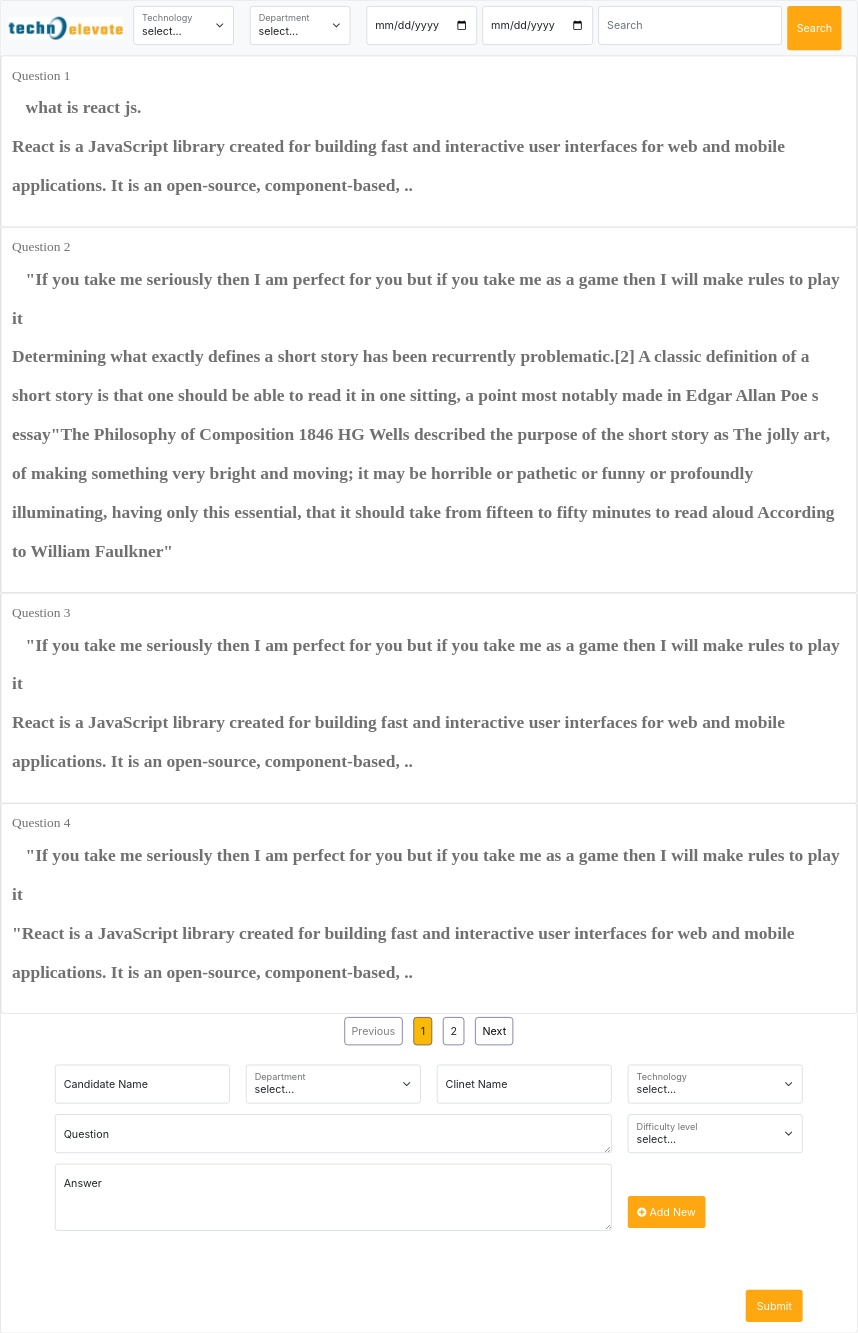
Repository: aajoshi3/casestudy
Page: /Search
The author's editor kept a copy of each file at every save. The page is drawn from the files as they stood at one save, then again after a run of saves.
The browser window is 1280 px wide. The pictures show the whole page, at 67% of full size.
The project was rebuilt for these pictures with package versions that can differ from the ones it lists, and the page was loaded fresh each time. Also part of the build but not shown: src/components/UploadQuestion.js, src/components/CustomNavbar3.js, src/components/Success.js.

Above is the page before, as saved 2021-10-11 03:39:22.

### public/index.html
<!DOCTYPE html>
<html lang="en">
  <head>
    <meta charset="utf-8" />
    <link rel="icon" href="%PUBLIC_URL%/favicon.ico" />
    <meta name="viewport" content="width=device-width, initial-scale=1" />
    <meta name="theme-color" content="#000000" />
    <meta
      name="description"
      content="Web site created using create-react-app"
    />
    <link rel="apple-touch-icon" href="%PUBLIC_URL%/logo192.png" />
    <link
    rel="stylesheet"
    href="https://cdn.jsdelivr.net/npm/bootstrap@5.1.1/dist/css/bootstrap.min.css"
    integrity="sha384-F3w7mX95PdgyTmZZMECAngseQB83DfGTowi0iMjiWaeVhAn4FJkqJByhZMI3AhiU"
    crossorigin="anonymous">
    <link rel="stylesheet" href="https://cdnjs.cloudflare.com/ajax/libs/font-awesome/4.7.0/css/font-awesome.min.css">
  <link href="/your-path-to-fontawesome/css/fontawesome.css" rel="stylesheet">
    <link href="/your-path-to-fontawesome/css/brands.css" rel="stylesheet">
    <link href="/your-path-to-fontawesome/css/solid.css" rel="stylesheet">

    <link href="https://cdn.jsdelivr.net/npm/bootstrap@5.0.0-beta3/dist/css/bootstrap.min.css" rel="stylesheet" integrity="sha384-eOJMYsd53ii+scO/bJGFsiCZc+5NDVN2yr8+0RDqr0Ql0h+rP48ckxlpbzKgwra6" crossorigin="anonymous">

    <!--
      manifest.json provides metadata used when your web app is installed on a
      user's mobile device or desktop. See https://developers.google.com/web/fundamentals/web-app-manifest/
    -->
    <link rel="manifest" href="%PUBLIC_URL%/manifest.json" />
    <!--
      Notice the use of %PUBLIC_URL% in the tags above.
      It will be replaced with the URL of the `public` folder during the build.
      Only files inside the `public` folder can be referenced from the HTML.

      Unlike "/favicon.ico" or "favicon.ico", "%PUBLIC_URL%/favicon.ico" will
      work correctly both with client-side routing and a non-root public URL.
      Learn how to configure a non-root public URL by running `npm run build`.
    -->
    <title>React App</title>
  </head>
  <body>
    <noscript>You need to enable JavaScript to run this app.</noscript>
    <div id="root"></div>
    <!--
      This HTML file is a template.
      If you open it directly in the browser, you will see an empty page.

      You can add webfonts, meta tags, or analytics to this file.
      The build step will place the bundled scripts into the <body> tag.

      To begin the development, run `npm start` or `yarn start`.
      To create a production bundle, use `npm run build` or `yarn build`.
    -->
  </body>
</html>

### src/App.js
// import Button from '@restart/ui/esm/Button';
import { Col,  Container,  FloatingLabel, Row } from 'react-bootstrap';
import {Card} from "react-bootstrap"
import './App.css';
import UploadQuestion from './components/UploadQuestion';
import{Form} from "react-bootstrap"
 import CustomNavbar from './components/CustomNavbar';
import CustomNavbar3 from './components/CustomNavbar3';
import routing from './router';
import { BrowserRouter } from 'react-router-dom';
import { useState } from 'react';
import Success from './components/Success';
import useForm from './components/useForm';
import validate from './components/Validate';
import Button from 'react-bootstrap';
// import CustomNav2 from './components/CustomNav2';

function App() {
  const {handleChange,values,handleSubmit,errors}=useForm(validate)

  const [primaryInfo, setprimaryInfo] = useState({
    candidateName: "",
    department: "",
    clientName: "",
    technology: "",
    questions: [],
  });

  const saveData=()=>{
    <Success/>
    const getQuestionsCopy=[...questions]
    setprimaryInfo({
      ...primaryInfo,
      questions:[getQuestionsCopy]
    })
  }

  const updatePrimaryInfo = (event) =>{
    debugger
    setprimaryInfo({
      ...primaryInfo,
      [event.target.name]: event.target.value,
    });
    console.log(primaryInfo)

  };

  const [questions, setquestions] = useState([
    {
      question: "",
      answer: "",
      diffiultyLevel: "",
    },
  ]);




  console.log('---------------------------------------')

  const handleQuestionChange = (i, event) => {
    // debugger
    const arrayQuestionCopy = [...questions];
    arrayQuestionCopy[i].question = event.target.value;
    setquestions(arrayQuestionCopy);
    // console.log(questions[i]);
  };

  const handleLevelChange=(i,event)=>{
    const arrayLevelCopy = [...questions];
    arrayLevelCopy[i].diffiultyLevel = event.target.value;
    setquestions(arrayLevelCopy);
    console.log(questions[i]);
  }

  const handleAnswerChange=(i,event)=>{

    const arrayAnswerCopy = [...questions];
    arrayAnswerCopy[i].answer = event.target.value;
    setquestions(arrayAnswerCopy);
    console.log(questions[i]);
  }

  const handleRemoveClick = (index) => {

    const questionsCopy = [...questions];
    questionsCopy.splice(index, 1);
    setquestions(questionsCopy);
    alert('question is deleted')
  };

  const handleAddClick = () => {
    const questionsCopy = [...questions];
    questionsCopy.push([{ question: "", answer: "", diffiultyLevel: "" }]);
    setquestions(questionsCopy);

  };
  return (

    <div className="App">

<Card>

<BrowserRouter>
<CustomNavbar />

{routing}
</BrowserRouter>
{/* <CustomNav2 /> */}
{/* <CustomNavbar3 /> */}
  <Card.Body>

<Container>
{/* <UploadQuestion /> */}
<Row xs={1} sm={2} md={4} lg={4}>

<Col  ><FloatingLabel  controlId="floatingInput"  label="Candidate Name"  className="mb-3"  size ="md"  id=''>
<Form.Control type="text" placeholder=" hi" name="candidateName"
value={primaryInfo.candidateName}
onChange={(event)=>updatePrimaryInfo(event)}/>
  </FloatingLabel>
  {errors.candidateName && <p className='color3'>{errors.candidateName}</p>}

  </Col>

    <Col><FloatingLabel controlId="floatingSelect" label="Department" className="mb-3">
  <Form.Select aria-label="Floating label select example" name="department"
  value={primaryInfo.department}
  onChange={(event)=>updatePrimaryInfo(event)}>
    <option>select... </option>
    <option value="1">HR</option>
    <option value="2">IT</option>
    <option value="3">ACCOUNTS</option>
  </Form.Select>
</FloatingLabel>
{errors.department && <p className='depcolor'>{errors.department}</p>}

</Col>

<Col  ><FloatingLabel  controlId="floatingInput"  label="Clinet Name"  className="mb-3"  size ="md"  id=''>
<Form.Control type="text" placeholder=" hi" name="clientName"
value={primaryInfo.clientName}
onChange={(event)=>updatePrimaryInfo(event)} />
  </FloatingLabel>
  {errors.clientName && <p className='cliecolor'>{errors.clientName}</p>}

  </Col>

    <Col>

    <FloatingLabel controlId="floatingSelect" label="Technology" className="mb-3">
  <Form.Select aria-label="Floating label select example" name="technolody"
  value={primaryInfo.technology}
  onChange={(event)=>updatePrimaryInfo(event)}>
    <option> select...</option>
    <option value="1">React.js</option>
    <option value="2">vue.js</option>
    <option value="3">Angular</option>
    <option value="3">Python</option>
    <option value="3">next.js</option>


  </Form.Select>
</FloatingLabel>
{errors.technology && <p className='techcolor'>{errors.technology}</p>}

</Col>
  </Row>
</Container>
{questions.map((val, i) => {
  return(
  <>
<Container >
  <Row  >
  <Col lg={9}     >
  <FloatingLabel    controlId="floatingTextarea" label="Question" className="mb-3">
    <Form.Control as="textarea" placeholder="x"
      value={val.question}
      // onChange={handleChange}
     onChange={(event) => handleQuestionChange(i, event)}/>
  </FloatingLabel>
  {errors.question && <p className='color1'>{errors.question}</p>}

  </Col>


  <Col lg={3}  md={{ order: 'first' }}  xs={{order: 'first'}} lg={{order:'last'}}   >

  <FloatingLabel controlId="floatingSelect" label="Difficulty level" className="mb-3">
  <Form.Select aria-label="Floating label select example"
    value={val.diffiultyLevel}
    // onChange={handleChange}
   onChange={(event) => handleLevelChange(i, event)}>
    <option> select...</option>
    <option value="1">Easy</option>
    <option value="2">Intermediate</option>
    <option value="3">Expert</option>
  </Form.Select>
</FloatingLabel>
{errors.difficultyLevel && <p className='diffcolor'>{errors.difficultyLevel}</p>}

  </Col>
  </Row>

</Container>

<Container   style={{ width: 'white' }}      >
<Row>
      <Col lg={9} >
      <FloatingLabel className="mb-3 " controlId="floatingTextarea2" label="Answer">
    <Form.Control
      as="textarea"
      placeholder=" x"
      style={{ height: '100px' }}
      value={val.answer}
      // onChange={handleChange}
     onChange={(event) => handleAnswerChange(i, event)}
    />
  </FloatingLabel>
   </Col>
   <Col lg={3} >
                        {questions.length !== i+1 && (
                          <button variant="primary"
                            className="btn"
                            onClick={() => handleRemoveClick(i)}
                          >
                            {" "}
                            <svg
                              xmlns="http://www.w3.org/2000/svg"
                              width="16"
                              height="16"
                              fill="currentColor"
                              className="bi bi-trash"
                              viewBox="0 0 16 16"
                            >
                              <path d="M5.5 5.5A.5.5 0 0 1 6 6v6a.5.5 0 0 1-1 0V6a.5.5 0 0 1 .5-.5zm2.5 0a.5.5 0 0 1 .5.5v6a.5.5 0 0 1-1 0V6a.5.5 0 0 1 .5-.5zm3 .5a.5.5 0 0 0-1 0v6a.5.5 0 0 0 1 0V6z" />
                              <path
                                fillRule="evenodd"
                                d="M14.5 3a1 1 0 0 1-1 1H13v9a2 2 0 0 1-2 2H5a2 2 0 0 1-2-2V4h-.5a1 1 0 0 1-1-1V2a1 1 0 0 1 1-1H6a1 1 0 0 1 1-1h2a1 1 0 0 1 1 1h3.5a1 1 0 0 1 1 1v1zM4.118 4 4 4.059V13a1 1 0 0 0 1 1h6a1 1 0 0 0 1-1V4.059L11.882 4H4.118zM2.5 3V2h11v1h-11z"
                              />
                            </svg>{" "}
                            Delete
                          </button>
 )}
                        <br />
                        <br />

                        {/* <Button variant="warning"  style={{ color: 'white' }} ><i class="fas fa-plus-circle"></i> Add New </Button> */}
                        {questions.length - 1 === i && (
                          <button class="btn" onClick={handleAddClick}>
                            <i className="fa fa-plus-circle"></i> Add New
                          </button>
                        )}
                      </Col>
    </Row>

</Container>
</>
              );
            })}

<br/>
<br/>
<br/>


    <Container>
    <button   className="btn1"   style={{ color: 'white' }}  onClick={handleSubmit}> Submit </button>
    </Container>
      </Card.Body>
      </Card>
    </div>

  );
}

export default App;

### src/App.css
p{
  text-align: left;
font: normal normal bold 40px/58px Sitka Banner;
letter-spacing: 0px;
color: #086288;
font-size: 26px;
}

input::placeholder{
  color:#086288 ;
}
.mb-3:focus + .form-label {
  color: red;
}

 Container{
  color:#086288 ;

 }
 .btn {
  background-color: rgb(254, 167, 16); /* Blue background */
  border: none; /* Remove borders */
  color: white; /* White text */
  padding: 12px 14px; /* Some padding */
  font-size: 16px; /* Set a font size */
  cursor: pointer; /* Mouse pointer on hover */
  /* margin-top: 50px; */
}

#button1{
  margin-top: 50px;
}
/* Darker background on mouse-over */
.btn:hover {
  background-color: rgb(225, 193, 65);
  color: white; /* White text */

}
.btn1{
  float: right;
  background-color: rgb(254, 167, 16); /* Blue background */
  border: none; /* Remove borders */
  color: white; /* White text */
  padding: 12px 16px; /* Some padding */
  font-size: 16px; /* Set a font size */
  border-radius: 4px;
}
.FloatingLabel:focus::-webkit-input-label {
  color: red;
}
.form-control:focus {
  border-color: #086288;
  box-shadow: 0px 1px 1px rgba(0, 0, 0, 0.075) inset;
}
.form-select:focus{
  border-color: #086288c4;
  box-shadow: 0px 1px 1px rgba(0, 0, 0, 0.075) inset;
}

@media only screen and (max-width: 1000px) {
  .btn {
    float: right;
    margin:0 px;
  }
  #button1{
    margin-top: 0px;
  }
}

#Floating-label1{
  width: 150px;
}
#Floating-label2{
  width: 150px;
  height: auto;
}

@media only screen and (max-width: 1000px) {
  #Floating-label1{
    width: 100%;
  }
  }
  @media only screen and (max-width: 1000px) {
    #Floating-label2{
      width: 100%;
    }
    }

    #date1{
      width: 165px;
      padding: 12px;
    }
    @media only screen and (max-width: 1000px) {
      #date1{
        width: 100%;
      }
      }


      #searchWidth{
  height: auto;
      padding: 16px;
      }

@media only screen and (max-width: 1000px) {
  #searchWidth{
  height: auto;
    width: 100%;
  }
      }
      #button5{
        color: white;
        background-color:#ffa408;
        border: 1px solid #FFC008 ;
        border-radius: 4px;
        padding:0 10px ;
      }
      .color1{
        color: red;
        font-size: 15px;
        /* overflow: hidden;
        position: relative;
        bottom: 0px;
        top: 0px; */
    }
    .color2{
        color: red;
        font-size: 15px;
    }
    .color3{
        color: red;
        font-size: 15px;
    }
    .depcolor{
        color:red;
        font-size: 15px;

    }
    .diffcolor{
        color: red;
        font-size: 15px;
    }
    .cliecolor{
        color: red;
        font-size: 15px;
    }
    .techcolor{
        color: red;
        font-size: 15px;
    }

### src/components/CustomNavbar.js

import React from 'react'
import { Button,  Container,  FloatingLabel,  Form, FormControl,  Nav, Navbar} from 'react-bootstrap'
import { withRouter } from 'react-router-dom';
// import logo from "./TeLogo"


function CustomNavbar(props) {



    const navigateToHome=()=>{
      console.log(props);
      props.history.push('/')
    }

    const navigateToSearch=()=>{
      console.log(props);
      props.history.push('/Search')
    }
  return (
    <div>

      <div>

      </div>

  <Navbar bg="light" expand="lg"   >
  <Container fluid>
    <Navbar.Brand href="">

      <div><img src={require('../image/logo2.jpg').default}   style={{width:"170px"}} onClick={navigateToHome}  alt="Loading" /></div>

    </Navbar.Brand>

    <Navbar.Toggle aria-controls="navbarScroll" />
    <Navbar.Collapse id="navbarScroll"  >
      <Nav
        className="me-auto my-2 my-lg-0"

        navbarScroll
      >


<FloatingLabel    id="Floating-label1"      className="  me-4  mb-2  form-group  lg"  controlId="floatingSelect" label="Technology" >
  <Form.Select     className="form-control" aria-label="Floating label select example"   >
    <option> select...</option>
    <option value="1">React.js</option>
    <option value="2">vue.js</option>
    <option value="3">Angular</option>
    <option value="3">Python</option>
    <option value="3">next.js</option>
  </Form.Select>
</FloatingLabel>


<FloatingLabel  id="Floating-label2"  className=" me-4  mb-2  form-group  lg" controlId="floatingSelect" label="Department" >
  <Form.Select  className="form-control" aria-label="Floating label select example">
    <option>select... </option>
    <option value="1">HR</option>
    <option value="2">IT</option>
    <option value="3">ACCOUNTS</option>
  </Form.Select>
</FloatingLabel>

      <Form className="d-flex"  >
        <FormControl  id="date1" label="From date"
          type="date"
          placeholder="From Date"
          className="me-2 mb-2"
          aria-label="Search"
          />
      </Form>

      <Form className="d-flex  form-group">
        <FormControl id="date1"
          type="date"
          placeholder="To Date "
          className="me-2 mb-2"
          aria-label="Search"
          />

      </Form     >
      <Form className="d-flex "  >
        <FormControl className="form-group"
          type="search"
          placeholder="Search"
          className="me-2 mb-2"
          aria-label="Search"
          />
        <Button variant="warning" onClick={navigateToSearch}>Search</Button>
      </Form>
          </Nav>
    </Navbar.Collapse>
  </Container>
</Navbar>
    </div>
  )
}

export default withRouter(CustomNavbar)
// export default CustomNavbar

### src/router.js
import { BrowserRouter, Route} from "react-router-dom";
import UploadQuestion from './components/UploadQuestion'
import SearchView from "./components/SearchView";
const routing=(
  <BrowserRouter>
  <div>
    {/* <Route exact path='/' component={UploadQuestion}/> */}
    <Route exact path='/Search' component={SearchView}/>
    </div>
    </BrowserRouter>
)
export default routing

### src/components/useForm.js
import { useState } from "react";

const useForm=validate=>{
    const [values, setvalues] = useState([
        {
            question:'',
            answer:'',
            difficultyLevel:'',
            candidateName:'',
            department:'',
            clientName:'',
            technology:''

        }
        ]);
        const [errors, seterrors] = useState({})
        const [bool, setbool] = useState(true)

        const handleChange=e=>{
            const {name,value}=e.target
            setvalues({
                ...values,
                [name]:value
            })
        }
        const handleSubmit=e=>{
            // e.preventDefault();
            seterrors(validate(values))
            if(values.question){
                setbool(false)
            }
        }
        return {handleChange,values,handleSubmit,errors}
}
export default useForm

### src/components/Validate.js
// import { useState } from "react";

 export default function validate (values){

let errors={};

    if(!values.question){
     errors.question='question required'
    }
    if(!values.answer){
        errors.answer='Answer required'
    }
    if(!values.candidateName){
        errors.candidateName='Candidates name cannot be empty'
    }
    if(!values.department){
        errors.department='must select anyone'
    }
    if(!values.clientName){
        errors.clientName='Clients input cannot be empty'
    }
    if(!values.technology){
        errors.technology='must select anyone'
    }
    if(!values.difficultyLevel){
        errors.difficultyLevel='must select anyone'
    }
    return errors;
    }

### src/components/SearchView.js
import React, { useState } from 'react'
import { Card } from 'react-bootstrap'
import ReactPaginate from 'react-paginate';
import './Searchview.css'

function SearchView() {
     const [displayData, setdisplayData] = useState([{
         question:'what is react js.',
         answer:'React is a JavaScript library created for building fast and interactive user interfaces for web and mobile applications. It is an open-source, component-based, ..'   },
     {
        answer:'Determining what exactly defines a short story has been recurrently problematic.[2] A classic definition of a short story is that one should be able to read it in one sitting, a point most notably made in Edgar Allan Poe s essay"The Philosophy of Composition 1846 HG Wells described the purpose of the short story as The jolly art, of making something very bright and moving; it may be horrible or pathetic or funny or profoundly illuminating, having only this essential, that it should take from fifteen to fifty minutes to read aloud According to William Faulkner"',
        question:'"If you take me seriously then I am perfect for you but if you take me as a game then I will make rules to play it'
    },
    {
      question:'"If you take me seriously then I am perfect for you but if you take me as a game then I will make rules to play it',
      answer:'React is a JavaScript library created for building fast and interactive user interfaces for web and mobile applications. It is an open-source, component-based, ..'
  }, {
    question:'"If you take me seriously then I am perfect for you but if you take me as a game then I will make rules to play it',
    answer:'"React is a JavaScript library created for building fast and interactive user interfaces for web and mobile applications. It is an open-source, component-based, ..'},
{
  question:'"If you take me seriously then I am perfect for you but if you take me as a game then I will make rules to play it',
  answer:'"React is a JavaScript library created for building fast and interactive user interfaces for web and mobile applications. It is an open-source, component-based, ..'},
  {
  question:'"If you take me seriously then I am perfect for you but if you take me as a game then I will make rules to play it',
  answer:'React is a JavaScript library created for building fast and interactive user interfaces for web and mobile applications. It is an open-source, component-based, ..'},
  {
  question:'"If you take me seriously then I am perfect for you but if you take me as a game then I will make rules to play it',
  answer:'React is a JavaScript library created for building fast and interactive user interfaces for web and mobile applications. It is an open-source, component-based, ..'
}])
const [pageNumber, setPageNumber] = useState(0);

const usersPerPage = 4;
const pagesVisited = pageNumber * usersPerPage;
const pageCount = Math.ceil(displayData.length / usersPerPage);
  const changePage = ({ selected }) => {
    setPageNumber(selected);
  };




      const displayDatas = displayData
.slice(pagesVisited, pagesVisited + usersPerPage)
  .map((data,index)=>{
    return (<Card xs={3} md={6} ls={3} >
  <Card.Body>
    <Card.Text>
    <h5 class="card-title" style={{color:'#707070'}}>Question {index + 1}</h5>
      {/* <p key={index}  id="questio" style={{color:''#707070'}}>{data.question}</p> */}
      <p key={index} id="question" style={{color:'#707070'}}><i class="fas fa-check" style={{top: "419px",
     left: "88px",
     width: "36px",
     height: "27px",
     color:"#00A743",

     }}></i>{data.question}<br/>{data.answer}</p>
    </Card.Text>

  </Card.Body>
</Card>

    )
})

return <div className="">
{displayDatas}
<ReactPaginate
  previousLabel={"Previous"}
  nextLabel={"Next"}
  pageCount={pageCount}
  onPageChange={changePage}
  containerClassName={"paginationBttns"}
  previousLinkClassName={"previousBttn"}
  nextLinkClassName={"nextBttn"}
  disabledClassName={"paginationDisabled"}
  activeClassName={"paginationActive"}
/>
  </div>
}


export default SearchView

### src/components/Searchview.css
.paginationBttns {
    /* position: absolute; */
    /* background: rgb(117, 117, 117); */
    bottom: 0px;
  width: 100%;
  height: 40px;
  padding: 10px;
  margin-top: 4px;
  list-style: none;
  display: flex;
  justify-content: center;

}

.paginationBttns a {
  padding: 10px;
  margin: 8px;
  border-radius: 5px;
  border: 1px solid #4f4e86;
  color: #090911;
  cursor: pointer;
  text-decoration: none;
}

.paginationBttns a:hover {
  color: white;
  background-color: gray;
}

.paginationActive a {
  color: white;
  background-color: rgb(250, 185, 7);
}

.paginationDisabled a {
  color: grey;
  /* background-color: grey; */
}
.Previous{
    border: none;
}

Loaded but not shown: src/index.js (common file); src/index.css (common file); src/reportWebVitals.js (common file)

After the next 2 saves:
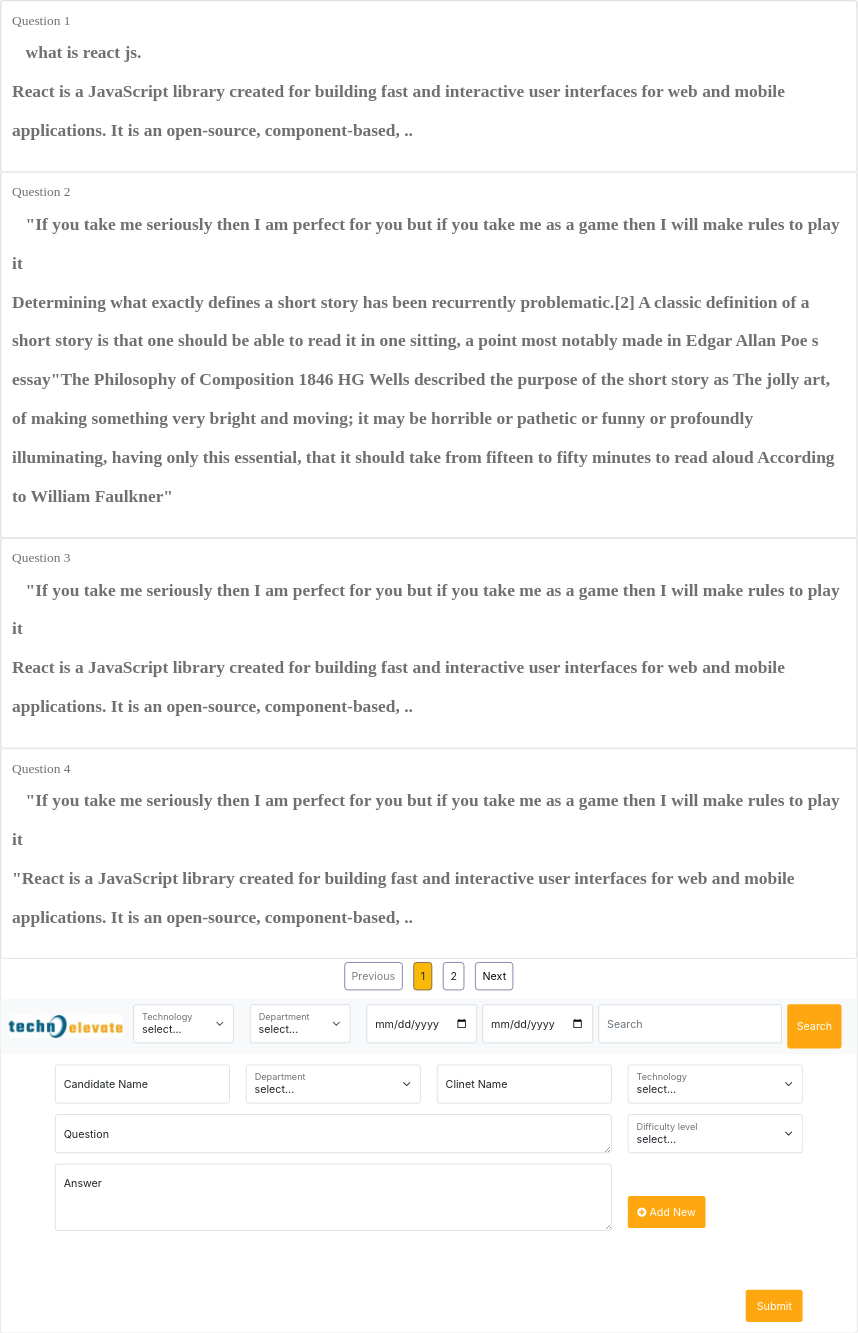
The 2 saves are shown as one change because 1 did not build or start.
The last was saved 5 h 57 min later.
--- a/src/App.js
+++ b/src/App.js
@@ -100,11 +100,11 @@
     <div className="App">
 
 <Card>
-
 <BrowserRouter>
+{routing}
+
 <CustomNavbar />
 
-{routing}
 </BrowserRouter>
 {/* <CustomNav2 /> */}
 {/* <CustomNavbar3 /> */}
